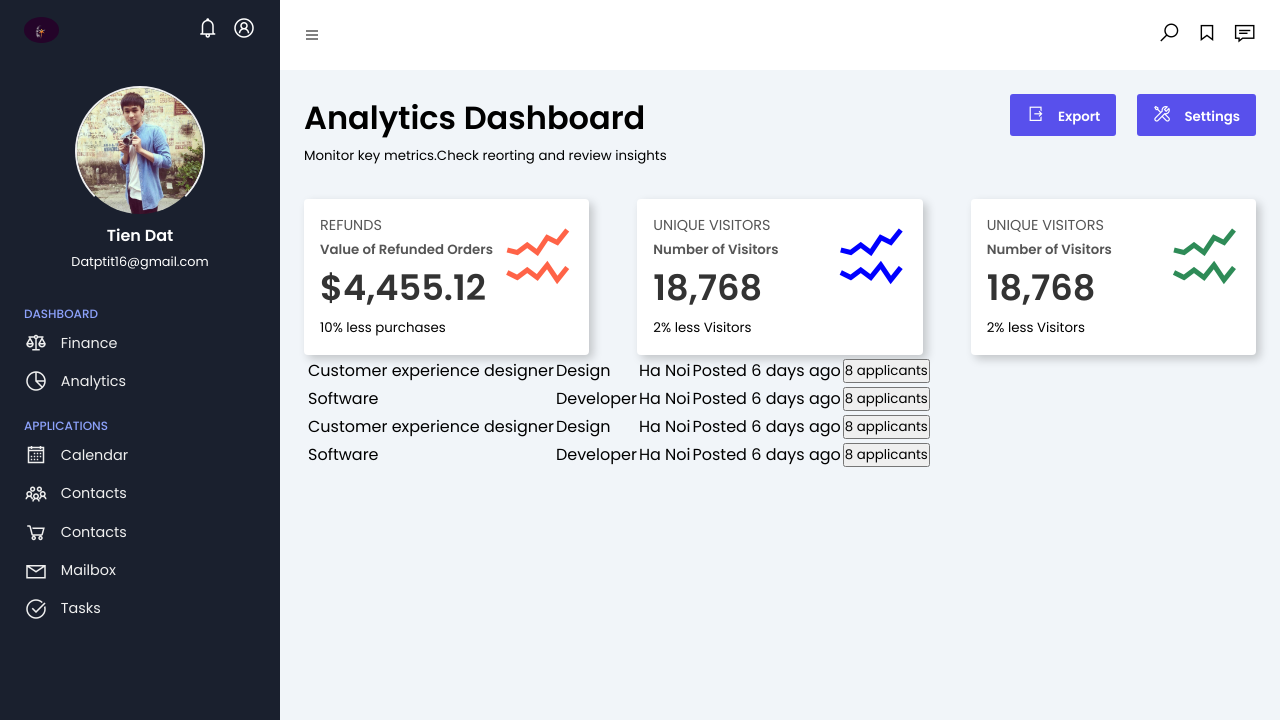
Repository: Datt21/dashboard-fe-project
Page: index.html
The author's editor kept a copy of each file at every save. The page is drawn from the files as they stood at one save, then again after the next save.
The browser window is 1280 px wide. The pictures show the whole page.

Above is the page before, as saved 2021-06-08 19:13:17.

After the next save:
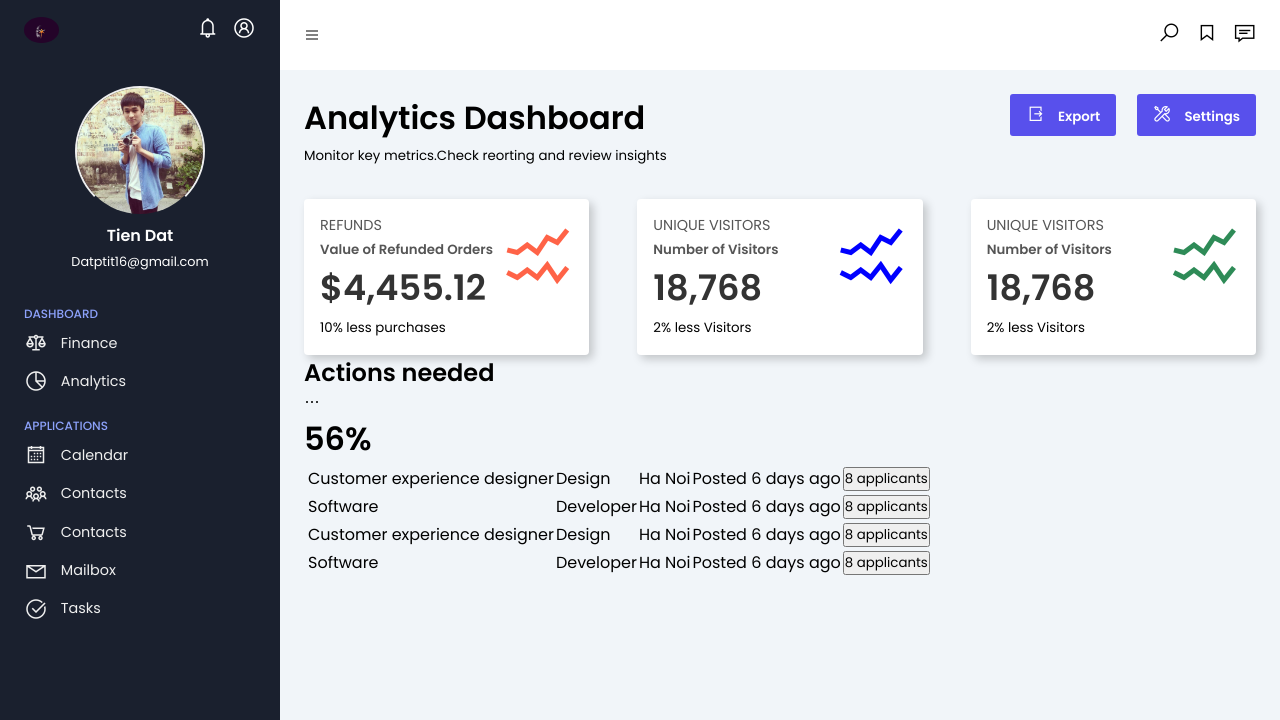
Saved 4 min 23 s later.
--- a/index.html
+++ b/index.html
@@ -183,7 +183,17 @@
 
             <div class="job__grid">
                 <div class="analytics__card">
-
+                        <div class="analytics__head">
+                             <h2>Actions needed</h2>
+
+                             <span class="las la-ellipsis-h"></span>
+                        </div>
+
+                        <div class="analytics__chart">
+                            <div class="chart-circle">
+                                <h1>56%</h1>
+                            </div>
+                        </div>
                 </div>
 
                 <div class="jobs">
